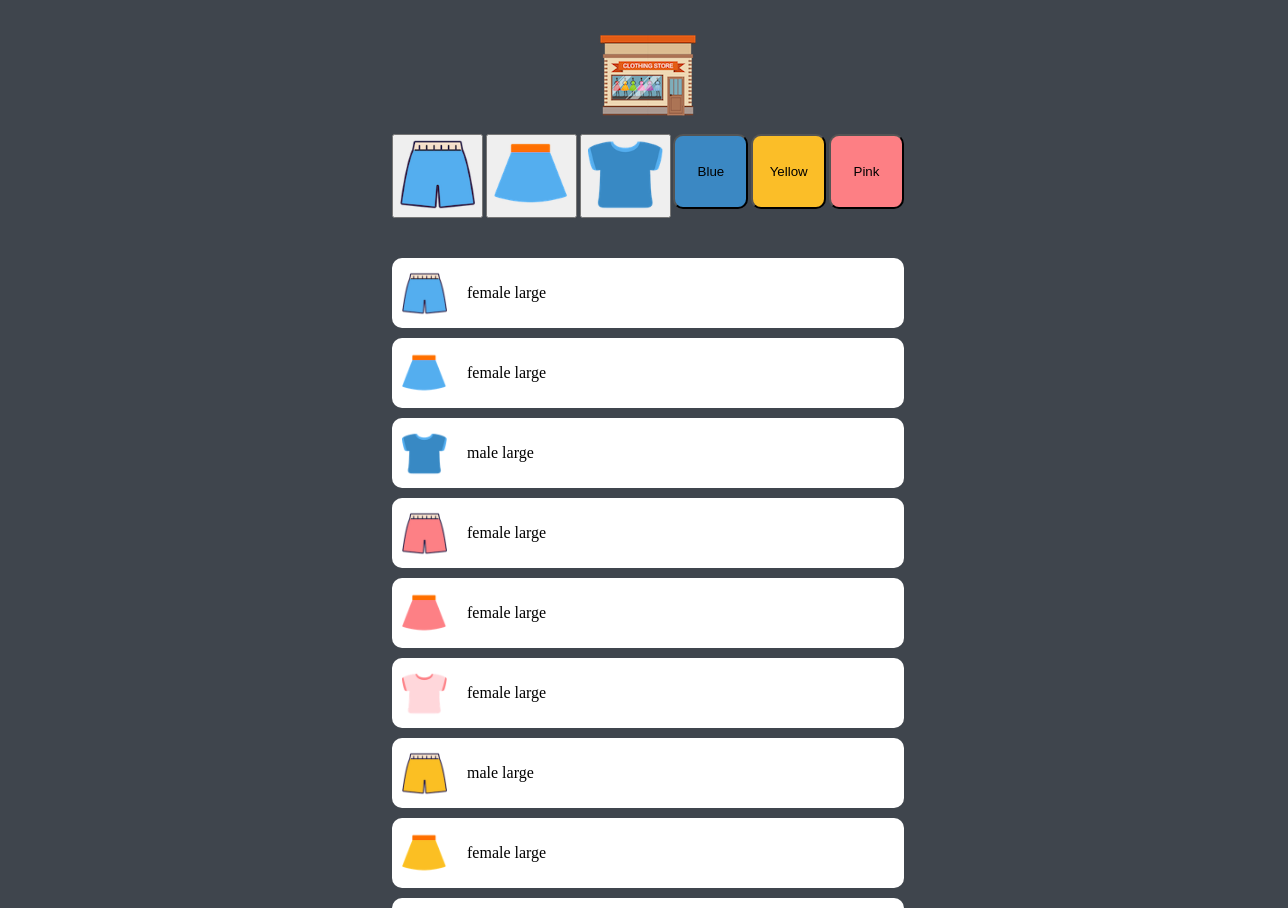
Repository: Jay-JYKim91/elle-shopping-mall
Page: index.html
The author's editor kept a copy of each file at every save. The page is drawn from the files as they stood at one save, then again after the next save.
The browser window is 1280 px wide. The page is 1288 px wide, so the pictures cover 1288 px, including what lies to the right of the window. The pictures show the whole page.
An inner scrolling area shows only its first screen.

Above is the page before, as saved 2021-07-26 20:16:28.

### index.html
<!DOCTYPE html>
<html lang="en">
  <head>
    <meta charset="UTF-8" />
    <meta name="viewport" content="width=device-width, initial-scale=1.0" />
    <title>Online Shopping</title>
    <link rel="stylesheet" href="style.css" />
    <script src="src/main.js" defer></script>
  </head>
  <body>
    <div class="container">
      <div class="logo">
        <img src="./img/logo.png" alt="logo">
      </div>
      <div class="options">
        <button class="btn">
          <img src="./img/blue_p.png" alt="blue pants">
        </button>
        <button class="btn">
          <img src="./img/blue_s.png" alt="blue skirt">
        </button>
        <button class="btn">
          <img src="./img/blue_t.png" alt="blue t-shirt">
        </button>
        <button class="btn color-box blue">
          Blue
        </button>
        <button class="btn color-box yellow">
          Yellow
        </button>
        <button class="btn color-box pink">
          Pink
        </button>
      </div>
      <div class="lists">
        <ul>

        </ul>
      </div>
    </div>
  </body>
</html>

### style.css
:root {
  /* color */
  --color-black: #3f454d;
  --color-white: #ffffff;
  --color-blue: #3b88c3;
  --color-yellow: #fbbe28;
  --color-pink: #fd7f84;
  --color-light-grey: #dfdfdf;
}

* {
  box-sizing: border-box;
}
body {
  background-color: var(--color-black);
  height: 90vh;
  width: 100vw;
}
.container {
  text-align: center;
  width: 40%;
  height: 70vh;
  margin: 30px auto;
}
.options {
  display: flex;
  justify-content: space-between;
}
.options img {
  width: 75px;
  height: 75px;
  transition: transform 300ms;
}
.options img:hover {
  transform: scale(1.1);
}
.color-box {
  width: 75px;
  height: 75px;
  text-align: center;
  border-radius: 10px;
  transition: transform 300ms;
}
.color-box:hover {
  transform: scale(1.1);
}
.color-box p {
  margin: 28px 0;
}
.blue {
  background-color: var(--color-blue);
}
.yellow {
  background-color: var(--color-yellow);
}
.pink {
  background-color: var(--color-pink);
}
.lists {
  height: 660px;
  overflow-y: scroll;
  padding: 0;
  margin-top: 30px;
}
.lists::-webkit-scrollbar {
  display: none;
}
ul {
  list-style: none;
  padding: 0;
}
.list {
  background-color: var(--color-white);
  width: 100%;
  padding: 10px;
  display: flex;
  align-items: center;
  margin-top: 10px;
  border-radius: 10px;
}
.list img {
  width: 45px;
  height: 45px;
  margin-right: 20px;
}

### src/main.js
function loadItems() {
    return fetch('data/data.json')
    .then(response => response.json())
    .then(json => json.items);
}

function displayItems(items) {
    const lists = document.querySelector('.lists');
    lists.innerHTML = items.map(item => createHTMLString(item)).join('');
}
function createHTMLString(item) {
    return `
        <li class="list">
            <img src="${item.image}" alt="${item.img}">
            <div class="description">
                <p>${item.gender} ${item.size}</p>
            </div>
        </li>
    `
}
function setEventListeners(items) {
    const logo = document.querySelector('.logo');
    logo.addEventListener('click', ()=> displayItems(items));
}
loadItems()
.then(items => {
    displayItems(items);
    setEventListeners(items);
})
.catch(console.log);

### data/data.json
{
    "items": [
        {
            "type": "pants",
            "gender": "female",
            "size": "large",
            "color": "blue",
            "image": "../img/blue_p.png"
        },
        {
            "type": "skirt",
            "gender": "female",
            "size": "large",
            "color": "blue",
            "image": "../img/blue_s.png"
        },
        {
            "type": "tshirt",
            "gender": "male",
            "size": "large",
            "color": "blue",
            "image": "../img/blue_t.png"
        },
        {
            "type": "pants",
            "gender": "female",
            "size": "large",
            "color": "pink",
            "image": "../img/pink_p.png"
        },
        {
            "type": "skirt",
            "gender": "female",
            "size": "large",
            "color": "pink",
            "image": "../img/pink_s.png"
        },
        {
            "type": "tshirt",
            "gender": "female",
            "size": "large",
            "color": "pink",
            "image": "../img/pink_t.png"
        },
        {
            "type": "pants",
            "gender": "male",
            "size": "large",
            "color": "yellow",
            "image": "../img/yellow_p.png"
        },
        {
            "type": "skirt",
            "gender": "female",
            "size": "large",
            "color": "yellow",
            "image": "../img/yellow_s.png"
        },
        {
            "type": "tshirt",
            "gender": "female",
            "size": "large",
            "color": "yellow",
            "image": "../img/yellow_t.png"
        }
    ]
}

After the next save:
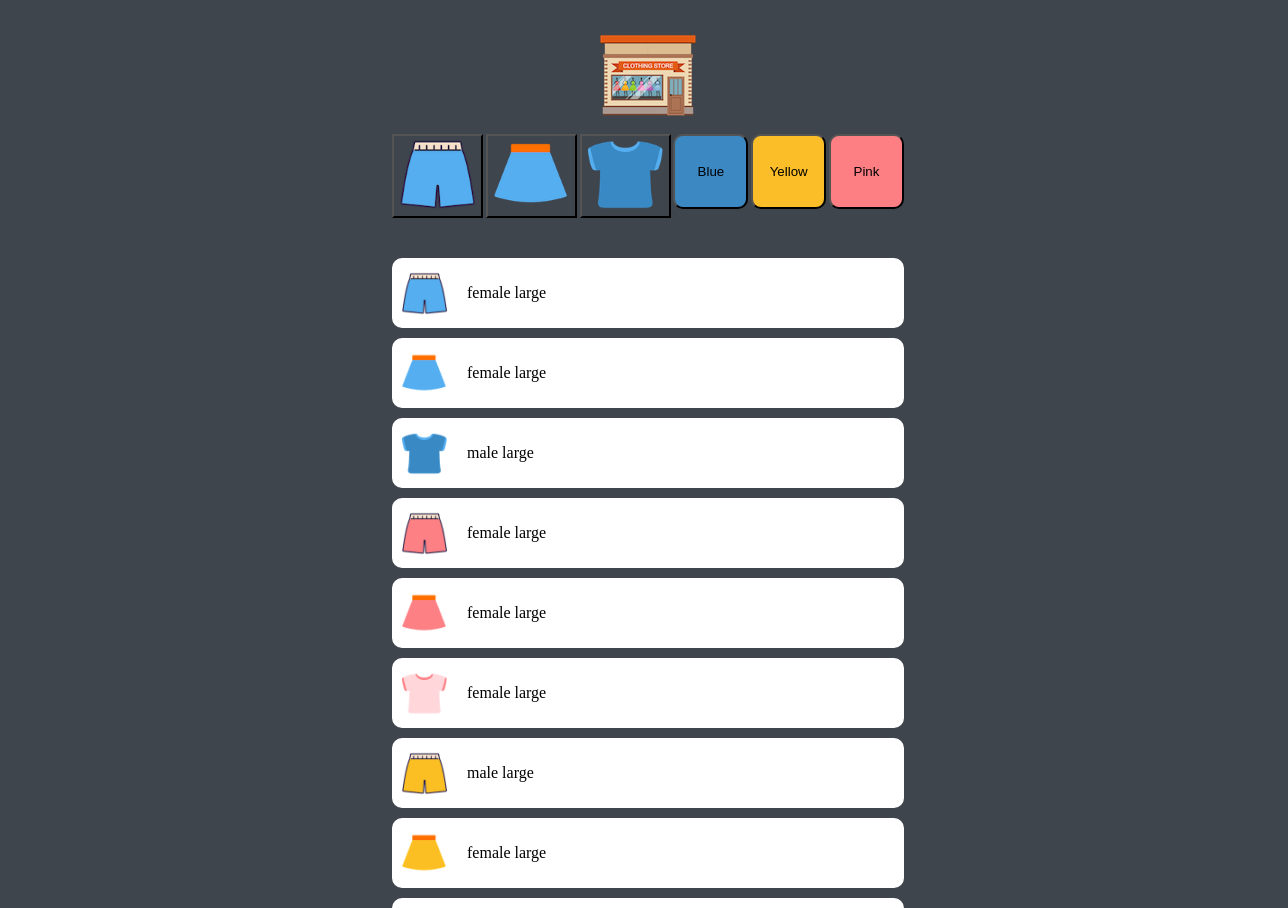
Saved 26 s later.
--- a/style.css
+++ b/style.css
@@ -25,6 +25,9 @@ body {
 .options {
   display: flex;
   justify-content: space-between;
+}
+.btn {
+  background-color: #3f454d;
 }
 .options img {
   width: 75px;
